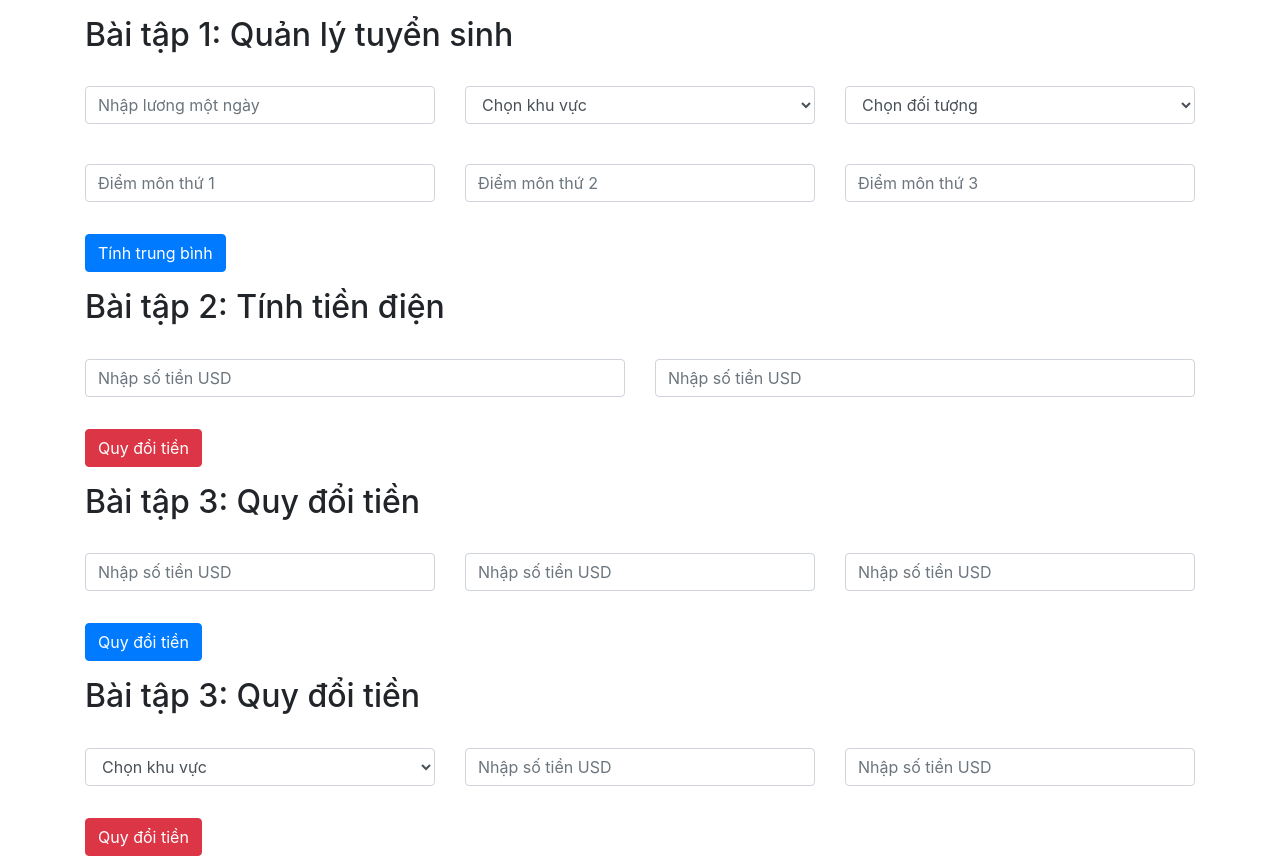
Repository: thanhfrankie/BC10-LeMinhThanh-Js-b5
Page: index.html
An editor plug-in stored every save of this project. The page is shown before and after the next save, followed by the edit.
The browser window is 1280 px wide. The pictures show the whole page.

Above is the page before, as saved 2023-12-15 19:12:01.

After the next save:
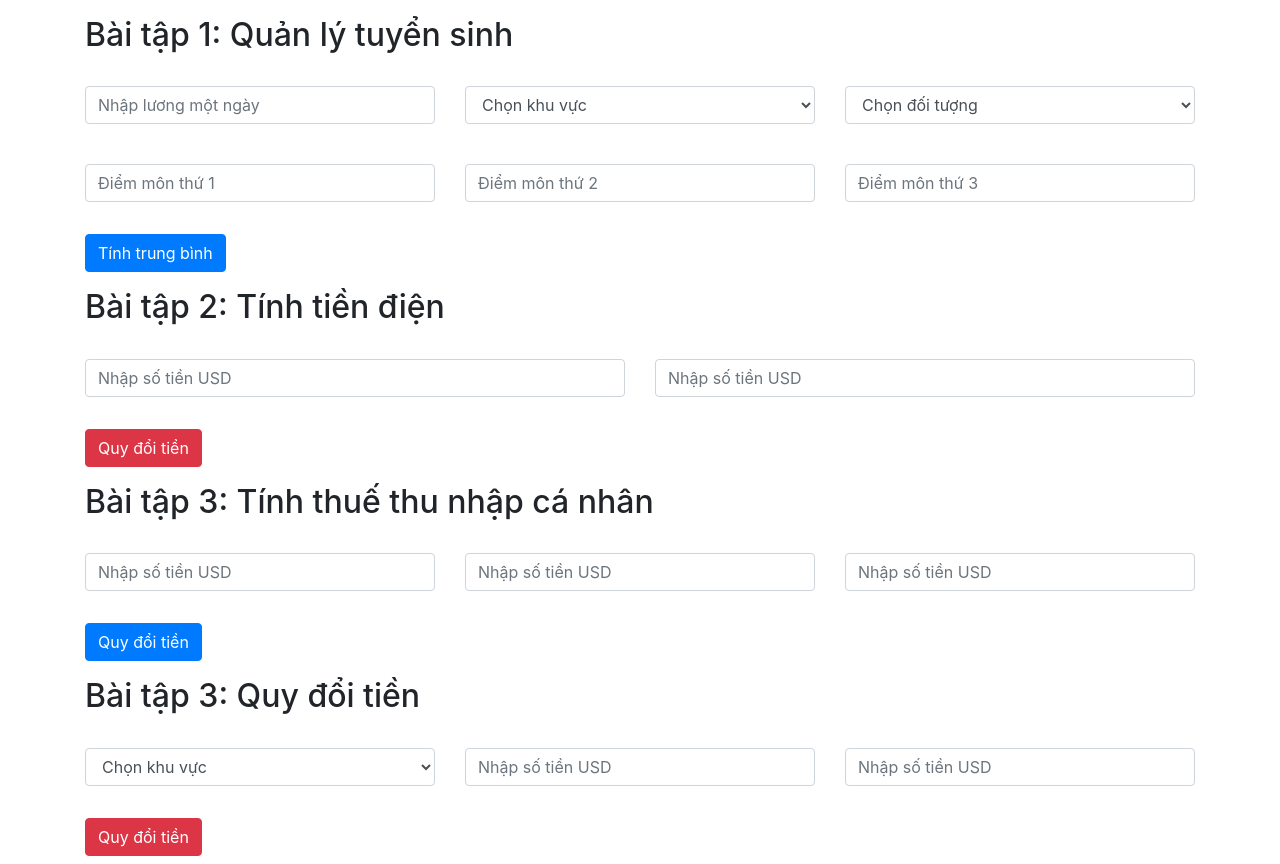
Saved 19 s later.
--- a/index.html
+++ b/index.html
@@ -153,7 +153,7 @@
     </div>
     <!-- Bài tập 3-->
     <div class="container">
-      <h2 class="mt-3">Bài tập 3: Quy đổi tiền</h2>
+      <h2 class="mt-3">Bài tập 3: Tính thuế thu nhập cá nhân</h2>
       <div class="row">
         <div class="col-sm-4">
           <div class="form-group">
